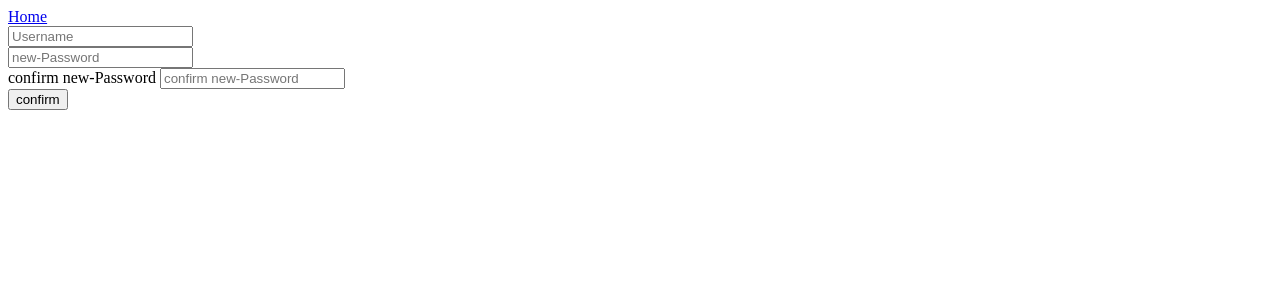
Repository: YagahAi/MARCATIR
Page: forgottenpass.html
An editor plug-in stored every save of this project. The page is shown before and after a run of saves, followed by the edit.
The browser window is 1280 px wide. The pictures show the whole page.

Above is the page before, as saved 2023-09-27 11:44:07.

### forgottenpass.html
<!DOCTYPE html>
<html lang="en">
<head>
    <meta charset="UTF-8">
    <meta name="viewport" content="width=device-width, initial-scale=1.0">
    <title>Document</title>
</head>
<body>
<a href="/index.html" class="container .hm">Home</a>
    <form class="row g-3">
        <form>
            <div class="col-auto">
        <input type="text" id= "username"placeholder="Username"/>
    </div>
        <input type=" new-Password" id="new-Password" placeholder="new-Password" />
        <div class="col-auto">
            <label for="inputPassword2" class="visually-hidden">confirm new-Password</label>
        <input type="confirm new-password" class="form-control" id="confirm new-Password" placeholder="confirm new-Password" />
    </div>
        <button type="submit" class="btn btn-primary mb-3">confirm</button>
        </form>

        <!--<form class="row g-3">
            <div class="col-auto">
              <label for="staticEmail2" class="visually-hidden">Email</label>
              <input type="text" readonly class="form-control-plaintext" id="staticEmail2" value="email@example.com">
            </div>
            <div class="col-auto">
              <label for="inputPassword2" class="visually-hidden">Password</label>
              <input type="password" class="form-control" id="inputPassword2" placeholder="Password">
            </div>
            <div class="col-auto">
              <button type="submit" class="btn btn-primary mb-3">Confirm identity</button>
            </div>
          </form>-->

        </body>
</html>

After the next 7 saves:
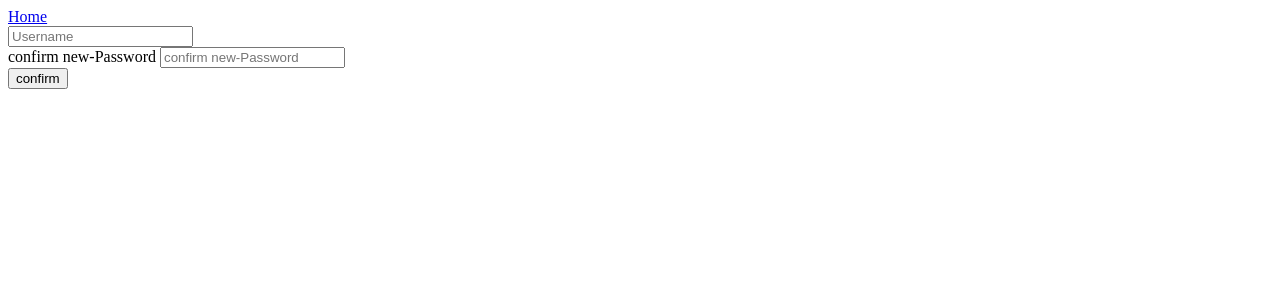
The 7 saves are shown as one change because they came seconds apart.
The last was saved 56 s later.
--- a/forgottenpass.html
+++ b/forgottenpass.html
@@ -12,6 +12,7 @@
             <div class="col-auto">
         <input type="text" id= "username"placeholder="Username"/>
     </div>
+    <div class="col-auto"
         <input type=" new-Password" id="new-Password" placeholder="new-Password" />
         <div class="col-auto">
             <label for="inputPassword2" class="visually-hidden">confirm new-Password</label>

After the save that followed:
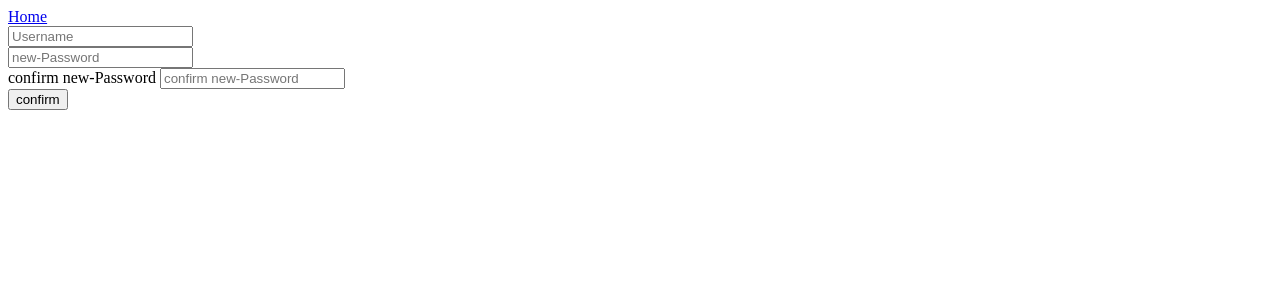
Saved 5 s later.
--- a/forgottenpass.html
+++ b/forgottenpass.html
@@ -12,7 +12,7 @@
             <div class="col-auto">
         <input type="text" id= "username"placeholder="Username"/>
     </div>
-    <div class="col-auto"
+    <div class="col-auto"></div>
         <input type=" new-Password" id="new-Password" placeholder="new-Password" />
         <div class="col-auto">
             <label for="inputPassword2" class="visually-hidden">confirm new-Password</label>
